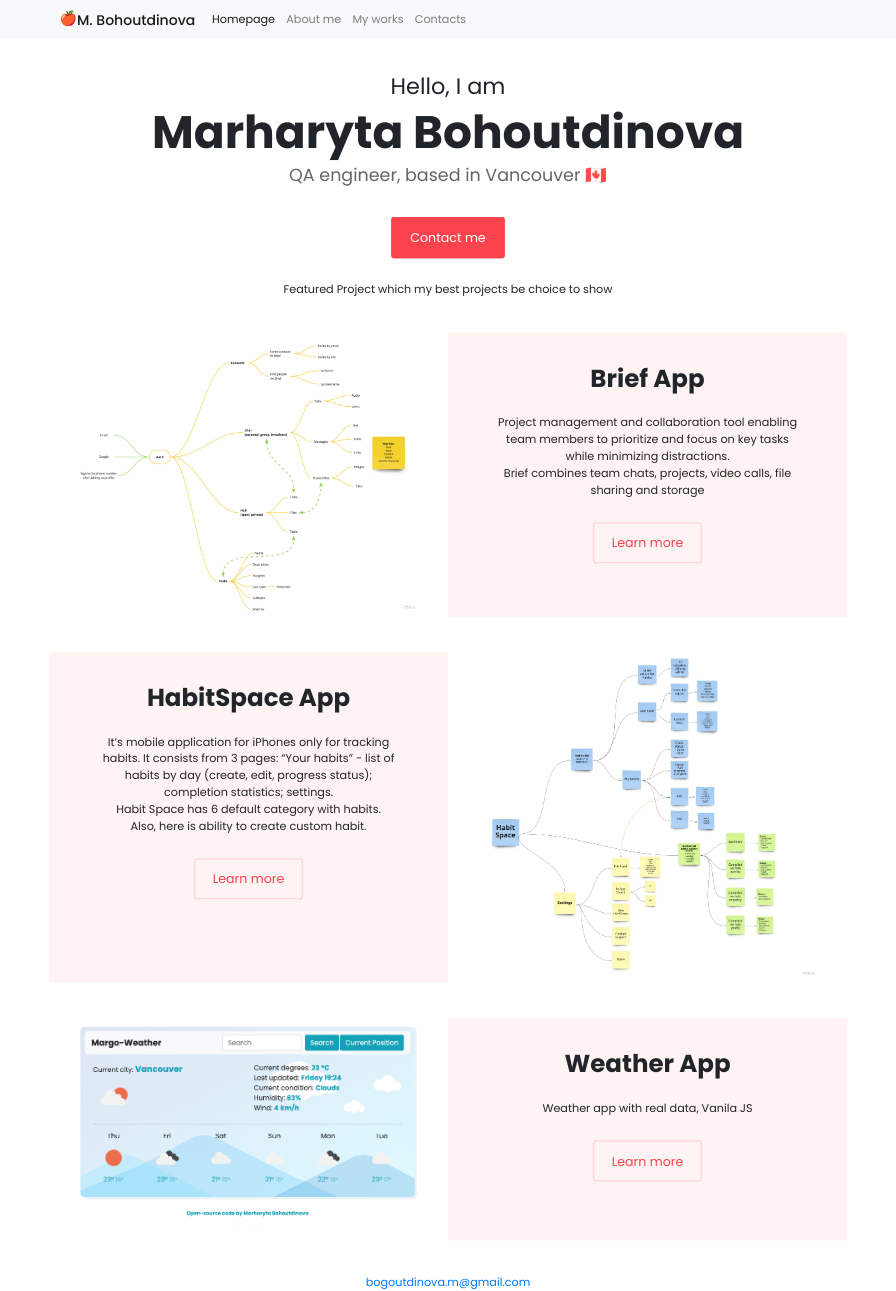
Repository: Bohoutdinova/Portfolio_week-4
Page: index.html
These files come from the project's save history. The page is drawn as it stood at one moment and after the next save; the edit follows.
The browser window is 1280 px wide. The pictures show the whole page, at 70% of full size.

Above is the page before, as saved 2022-08-15 12:37:51.

After the next save:
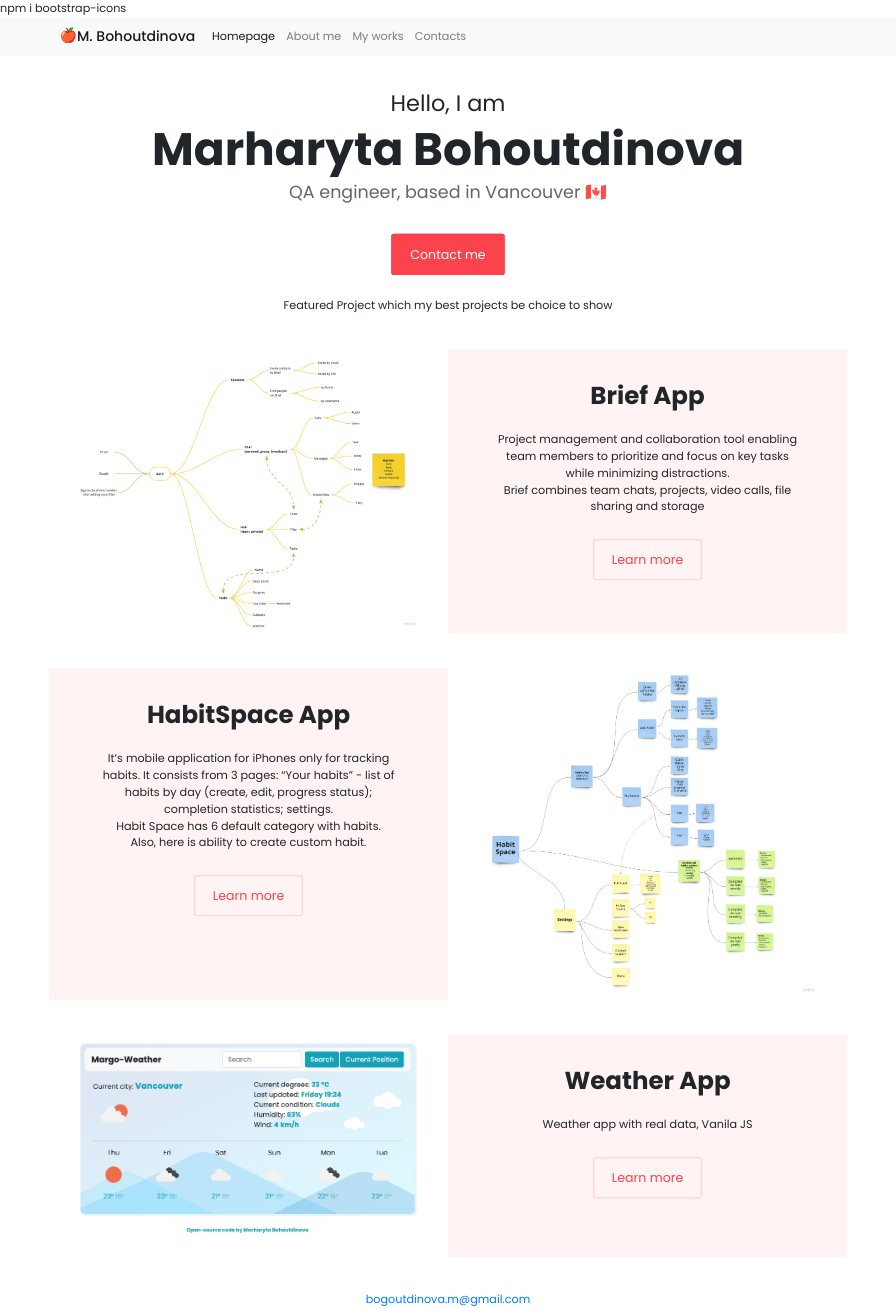
Saved 2 min 15 s later.
--- a/index.html
+++ b/index.html
@@ -39,6 +39,7 @@
       href="https://fonts.googleapis.com/css2?family=Abril+Fatface&family=Poppins:wght@100;400;500;700&display=swap"
       rel="stylesheet"
     />
+    npm i bootstrap-icons
   </head>
   <body>
     <nav class="navbar navbar-expand-lg navbar-light bg-light">

After the save that followed:
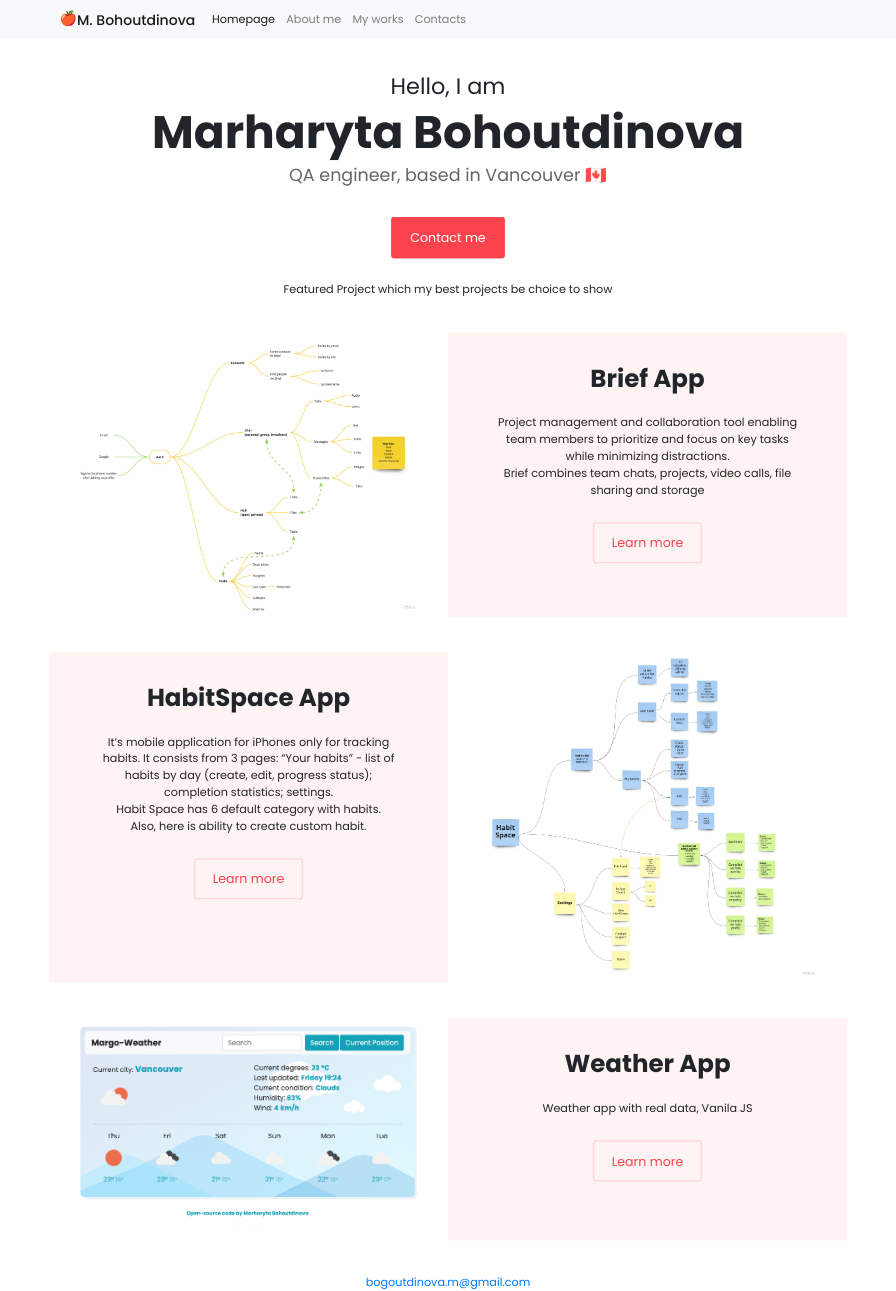
Saved 4 s later.
--- a/index.html
+++ b/index.html
@@ -39,7 +39,6 @@
       href="https://fonts.googleapis.com/css2?family=Abril+Fatface&family=Poppins:wght@100;400;500;700&display=swap"
       rel="stylesheet"
     />
-    npm i bootstrap-icons
   </head>
   <body>
     <nav class="navbar navbar-expand-lg navbar-light bg-light">
